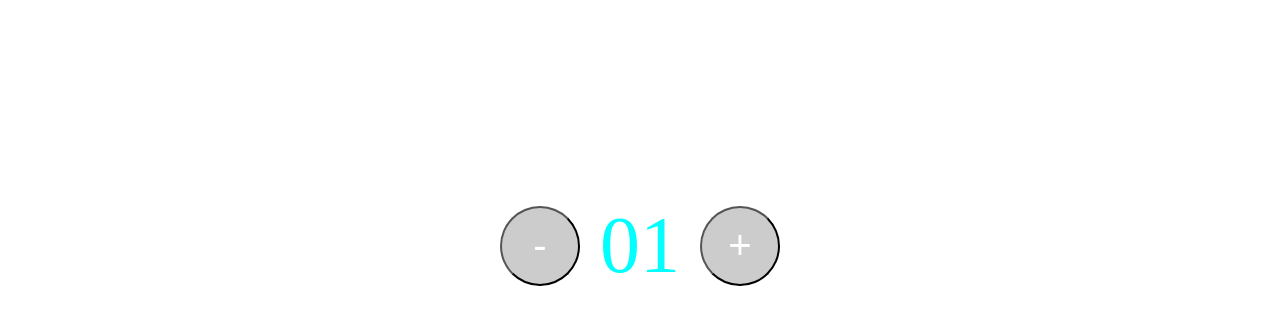
Repository: zRush1202/LoginPage-demo
Page: dom/exercise/counter.html
These files come from the project's save history. The page is drawn as it stood at one moment and after the next save; the edit follows.
The browser window is 1280 px wide. The pictures show the whole page.
After loading, the first visible `button.ins` was clicked once.

Above is the page before, as saved 2023-09-16 21:21:56.

After the next save:
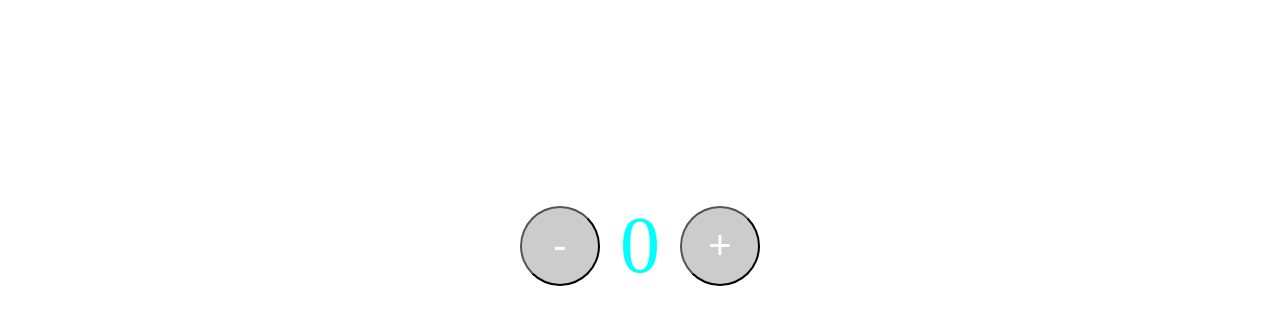
Console error: TypeError: Assignment to constant variable.
Saved 90 s later.
--- a/dom/exercise/counter.js
+++ b/dom/exercise/counter.js
@@ -3,11 +3,15 @@ const des = document.querySelector(".des");
 let num = document.querySelector(".num");
 
 function increase(){
-    num.textContent += 1;
+    const n = Number(num.textContent);
+    n += 1;
+    num.textContent = n;
 }
 
 function descrease(){
-    num.textContent -= 1;
+    const n = Number(num.textContent);
+    n -= 1;
+    num.textContent = n;
 }
 
 ins.addEventListener('click', increase);

After the save that followed:
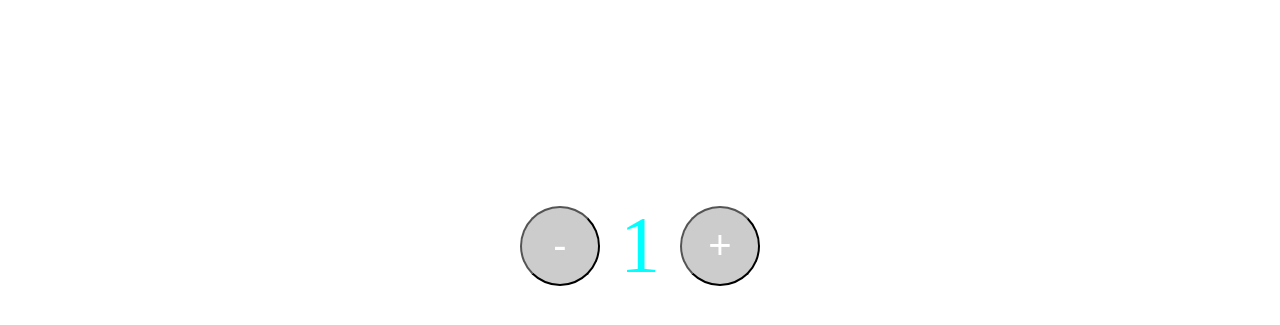
The error is gone.
Saved 30 s later.
--- a/dom/exercise/counter.js
+++ b/dom/exercise/counter.js
@@ -3,13 +3,13 @@ const des = document.querySelector(".des");
 let num = document.querySelector(".num");
 
 function increase(){
-    const n = Number(num.textContent);
+    let n = Number(num.textContent);
     n += 1;
     num.textContent = n;
 }
 
 function descrease(){
-    const n = Number(num.textContent);
+    let n = Number(num.textContent);
     n -= 1;
     num.textContent = n;
 }
